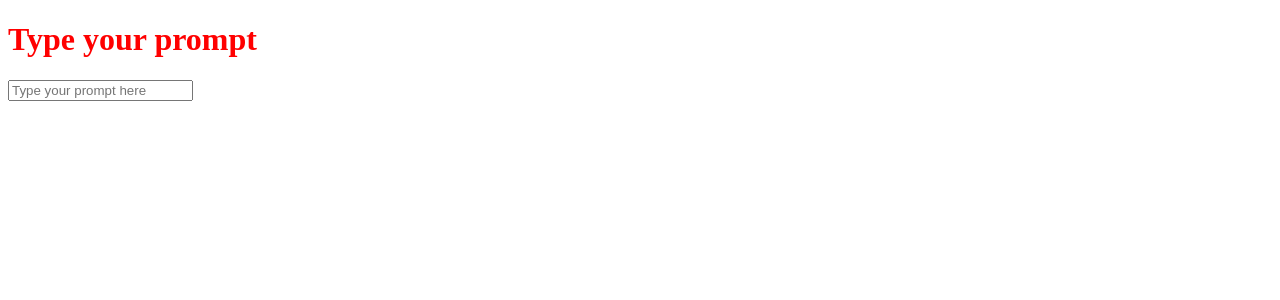
Repository: Appl3Kitti3/PROJECT_4537
Page: ClientSide/index.html
An editor plug-in stored every save of this project. The page is shown before and after a run of saves, followed by the edit.
The browser window is 1280 px wide. The pictures show the whole page.

Above is the page before, as saved 2024-10-17 20:48:30.

### ClientSide/index.html
<!DOCTYPE html>
<html>
    <head>
        <title>Client Side</title>
        <style>
            h1 {
                color: red;
            }
        </style>
    </head>
    <body>
        <h1>
            Type your prompt
        </h1>

        <!-- This is the div that maps out the AI's generated prompts as ideas -->
        <div>
            <p></p>
        </div>
        <div>
            <input type="text" id="prompt" placeholder="Type your prompt here" />
        </div>
    </body>
</html>

After the next 2 saves:
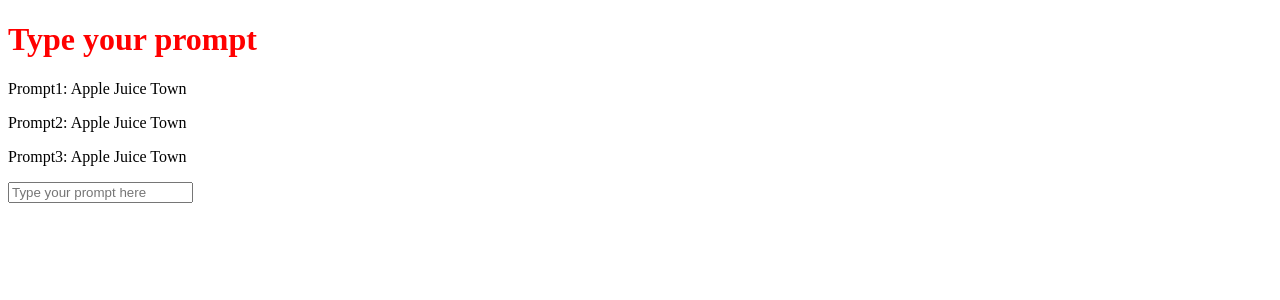
The 2 saves are shown as one change because they came seconds apart.
The last was saved 12 s later.
--- a/ClientSide/index.html
+++ b/ClientSide/index.html
@@ -15,7 +15,9 @@
 
         <!-- This is the div that maps out the AI's generated prompts as ideas -->
         <div>
-            <p></p>
+            <p>Prompt1: Apple Juice Town</p>
+            <p>Prompt2: Apple Juice Town</p>
+            <p>Prompt3: Apple Juice Town</p>
         </div>
         <div>
             <input type="text" id="prompt" placeholder="Type your prompt here" />
